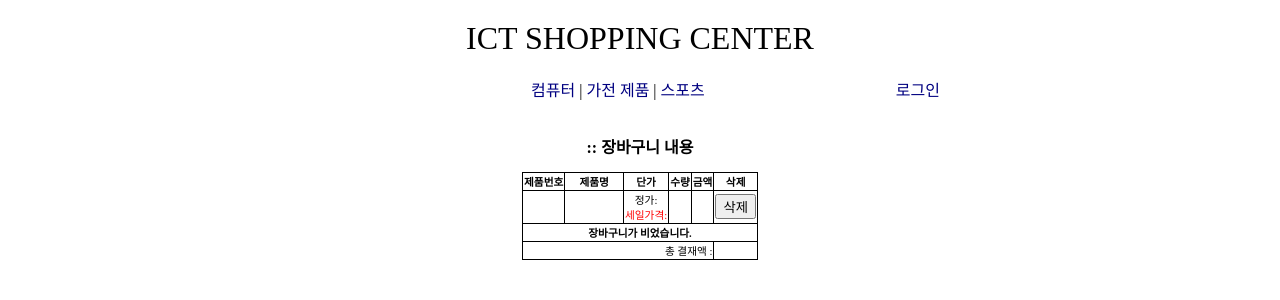
Repository: xlz5000/ICT
Page: http://localhost/spring_mvc02/WEB-INF/views/day08/cartList.jsp
An editor plug-in stored every save of this project. The page is shown before and after the next save, followed by the edit.
The browser window is 1280 px wide. The pictures show the whole page.
The page is served by Tomcat 9. Nobody is signed in. Other server files are loaded and not shown. The template is opened directly, without the code that normally fills it, so the values that code supplies are empty.

Above is the page before, as saved 2025-04-17 03:11:02.

### spring_mvc02/src/main/webapp/WEB-INF/views/day08/cartList.jsp
<%@ page language="java" contentType="text/html; charset=UTF-8"
	pageEncoding="UTF-8"%>
<%@ taglib prefix="c" uri="http://java.sun.com/jsp/jstl/core" %>
<%@ taglib prefix="fmt" uri="http://java.sun.com/jsp/jstl/fmt" %>
<!DOCTYPE html>
<html>
<head>
<meta charset="UTF-8">
<title>Insert title here</title>
<style type="text/css">
table {
	margin: 10px auto;
	width: 600;
	border-collapse: collapse;
	font-size: 8pt;
	border-color: navy;
}

table, th, td {
	border: 1px solid black;
}
</style>
</head>
<body>
	<%@ include file="top.jsp" %>
	<table>
		<caption>

			<h2>:: 장바구니 내용</h2>
		</
		<tr bgcolor="#dedede">
			<th>제품번호</th>
			<th width="25%">제품명</th>
			<th>단가</th>
			<th>수량</th>
			<th>금액</th>
			<th>삭제</th>
		</tr>

		<tr align="center">
			<td></td>
			<td></td>
			<td>정가:<br> <font color="red"> 세일가격: </font>
			</td>
			<td>
				<!-- 수량 조정 폼 --> <!------------------>
			</td>
			<td></td>
			<td><input type="button" value="삭제"
				style="border: 1 solid black; cursor: pointer"
				onclick="javascript:location.href='delProduct.jsp?p_num='">
			</td>
		</tr>

		<tr align="center">
			<td colspan="6"><b>장바구니가 비었습니다.</b></td>
		</tr>
		<tr>
			<td colspan="5" align="right">총 결재액 :</td>
			<td></td>
		</tr>
	</table>

</body>
</html>

### spring_mvc02/src/main/webapp/WEB-INF/views/day08/top.jsp
<%@ page language="java" contentType="text/html; charset=UTF-8"
	pageEncoding="UTF-8"%>
<%@ taglib prefix="c" uri="http://java.sun.com/jsp/jstl/core" %>
<!DOCTYPE html>
<html>
<head>
<meta charset="UTF-8">
<title>Insert title here</title>
<style>
a:link {
	text-decoration: none;
	color: navy
}

a:visited {
	text-decoration: none;
	color: navy
}

a:hover {
	text-decoration: none;
	color: red
}

body {
	text-align: center
}

hr {
	width: 600px;
	border: 1px;
	color: navy;
}

div#header, div#nav {
	width: 600px;
	margin: 20px auto;
	text-align: center;
}

div#wrap {
	margin: 0 auto;
}


div#log{float: right}

.title{
	font-size: 32px;

}
</style>
</head>
<body>
	<div id="wrap">

		<div id="header">
			<span class="title"> ICT SHOPPING CENTER </span>
		</div>

		<div id="nav">
			<a href="/day08?category=com001">컴퓨터</a> |
			<a href="/day08?category=ele002">가전 제품</a> |
			<a href="/day08?category=sp003">스포츠</a>


		<div id="log">
			<c:choose>
				<c:when test="${loginchk == 'ok' }">
					${membersVO.m_name }님 환영합니다. |
				<c:if test="${admin =='ok' }">
					<a href="#">상품등록하기</a> |

				</c:if>
				<c:if test="${admin !='ok' }">
					<a href="#">장바구니</a> |

				</c:if>


				<a href="/members_logout">로그아웃</a>
				</c:when>
				<c:otherwise>
					<a href="/members_loginForm">로그인</a>


				</c:otherwise>



			</c:choose>


			</div>
		</div>
	</div>
</body>
</html>

After the next save:
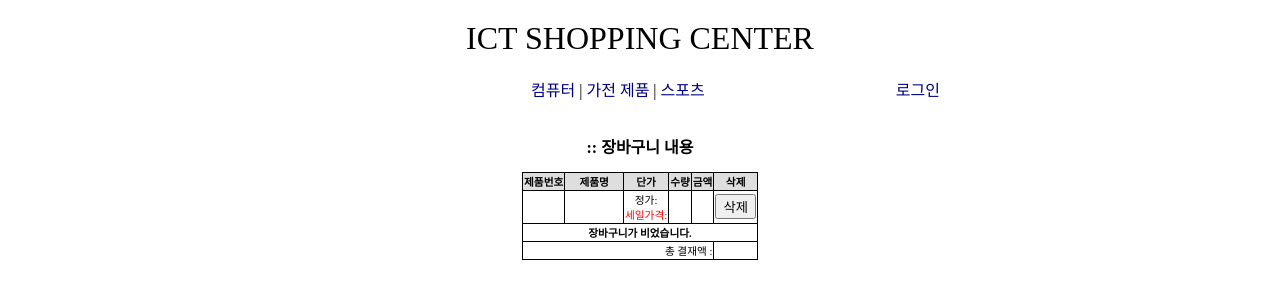
Saved 11 s later.
--- a/spring_mvc02/src/main/webapp/WEB-INF/views/day08/cartList.jsp
+++ b/spring_mvc02/src/main/webapp/WEB-INF/views/day08/cartList.jsp
@@ -25,9 +25,8 @@ table, th, td {
 	<%@ include file="top.jsp" %>
 	<table>
 		<caption>
-
 			<h2>:: 장바구니 내용</h2>
-		</
+		</caption>
 		<tr bgcolor="#dedede">
 			<th>제품번호</th>
 			<th width="25%">제품명</th>
